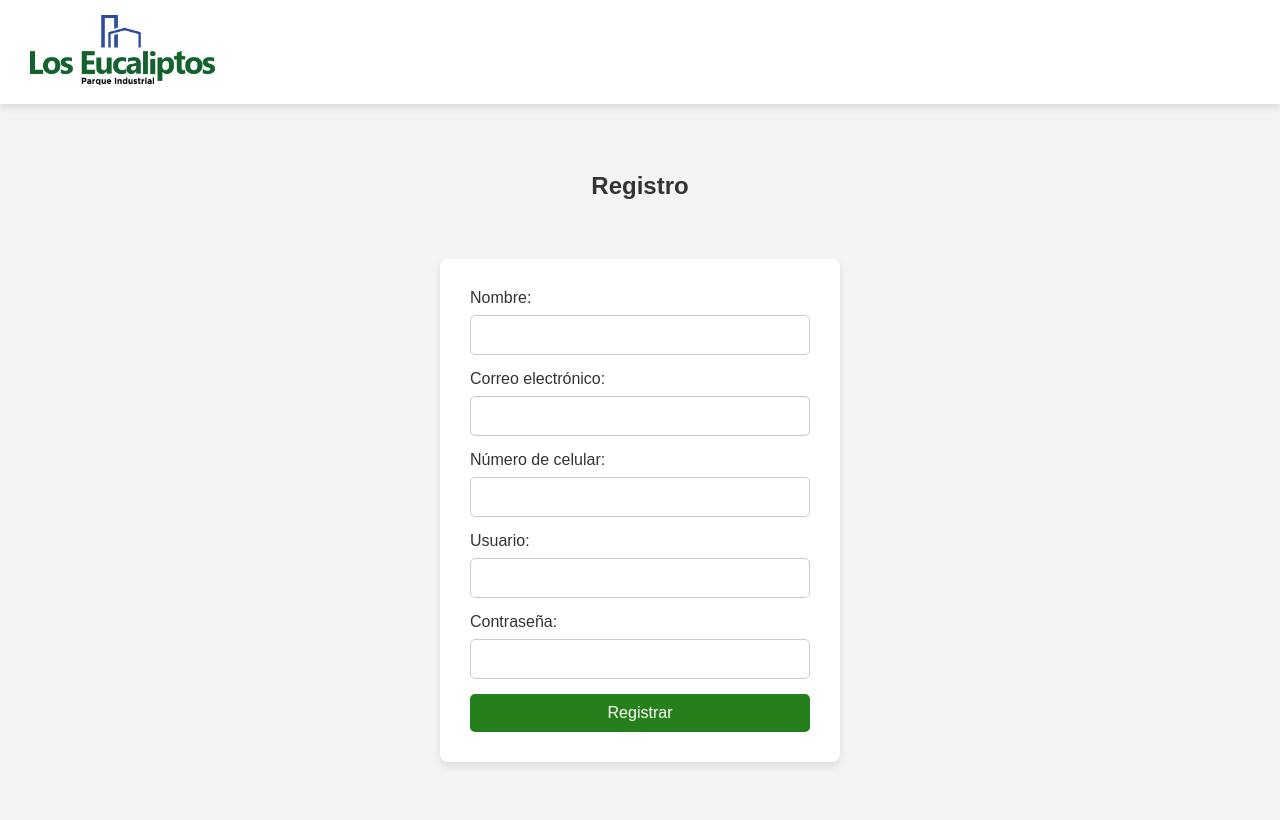
Repository: Los-Eucaliptos-WebApp/Los-Eucaliptos-FrontEnd
Page: pages/los-eucaliptos-register/index.html
An editor plug-in stored every save of this project. The page is shown before and after the next save, followed by the edit.
The browser window is 1280 px wide. The pictures show the whole page.

Above is the page before, as saved 2025-02-17 06:05:19.

### pages/los-eucaliptos-register/index.html
<!DOCTYPE html>
<html lang="es">
<head>
    <meta charset="UTF-8">
    <meta name="viewport" content="width=device-width, initial-scale=1.0">
    <title>Los Eucaliptos</title>
    <link rel="icon" href="/assets/ícono-los-eucaliptos.png" type="image/png">
    <link rel="stylesheet" href="styles.css">
    <script src="script.js" defer></script> <!-- Se recomienda 'defer' para evitar bloqueos -->

</head>
<body>
    <header>
        <div class="logo">
            <img src="/assets/logo-los-eucaliptos.png" alt="Los Eucaliptos Logo">
        </div>
    </header>
    <br><br><br><br>
    <center><h2>Registro</h2></center>
  <div class="container-register">
    <div class="register-box">

    </div>
    <form id="registroForm">
        <label for="nombre">Nombre:</label>
        <input type="text" id="nombre" required>

        <label for="correo">Correo electrónico:</label>
        <input type="email" id="correo" required>

        <label for="celular">Número de celular:</label>
        <input type="text" id="celular" required>

        <label for="username">Usuario:</label>
        <input type="text" id="username" required>

        <label for="password">Contraseña:</label>
        <input type="password" id="password" required>

        <button type="submit">Registrar</button>
    </form>
</div>

</body>
</html>

### pages/los-eucaliptos-register/styles.css
* {
    margin: 0;
    padding: 0;
    box-sizing: border-box;
}

body {
    font-family: Arial, sans-serif;
    background-color: #f4f4f4;
    color: #333;
    margin-top: 100px;
}

header {
    display: flex;
    justify-content: space-between;
    justify-content: space-between;
    align-items: center;
    background: #ffffff;
    color: rgb(0, 0, 0);
    padding: 15px 30px;
    position: fixed;
    width: 100%;
    top: 0;
    z-index: 10;
    box-shadow: 0 4px 8px rgba(0, 0, 0, 0.1);
}

/* LOGO */
.logo img {
    height: 70px;
    margin-right: 10px;
}

.container-register {
    display: flex;
    justify-content: center;
    align-items: center;
    height: calc(100vh - 100px);
    padding: 20px;
}

form {
    background-color: #ffffff;
    padding: 30px;
    border-radius: 8px;
    box-shadow: 0 4px 8px rgba(0, 0, 0, 0.1);
    width: 100%;
    max-width: 400px;
}

form label {
    display: block;
    font-size: 16px;
    margin-bottom: 8px;
    color: #333;
}

form input {
    width: 100%;
    padding: 10px;
    margin-bottom: 15px;
    border-radius: 5px;
    border: 1px solid #ccc;
    font-size: 16px;
}

form button {
    width: 100%;
    padding: 10px;
    background-color: #25801b;
    color: white;
    border: none;
    border-radius: 5px;
    font-size: 16px;
    cursor: pointer;
    transition: background-color 0.3s;
}

form button:hover {
    background-color: #2980b9;
}

### pages/los-eucaliptos-register/script.js
document.getElementById("registroForm").addEventListener("submit", function(event) {
    event.preventDefault();

    const nombre = document.getElementById("nombre").value;
    const correo = document.getElementById("correo").value;
    const celular = document.getElementById("celular").value;
    const username = document.getElementById("username").value;
    const password = document.getElementById("password").value;

    let usuarios = JSON.parse(localStorage.getItem("usuarios")) || [];

    if (usuarios.some(user => user.username === username)) {
        alert("El usuario ya existe.");
        return;
    }

    usuarios.push({
        nombre: nombre,
        correo: correo,
        celular: celular,
        username: username,
        password: password
    });

    localStorage.setItem("usuarios", JSON.stringify(usuarios));

    alert("¡Usuario registrado exitosamente!");
    document.getElementById("registroForm").reset();
});

After the next save:
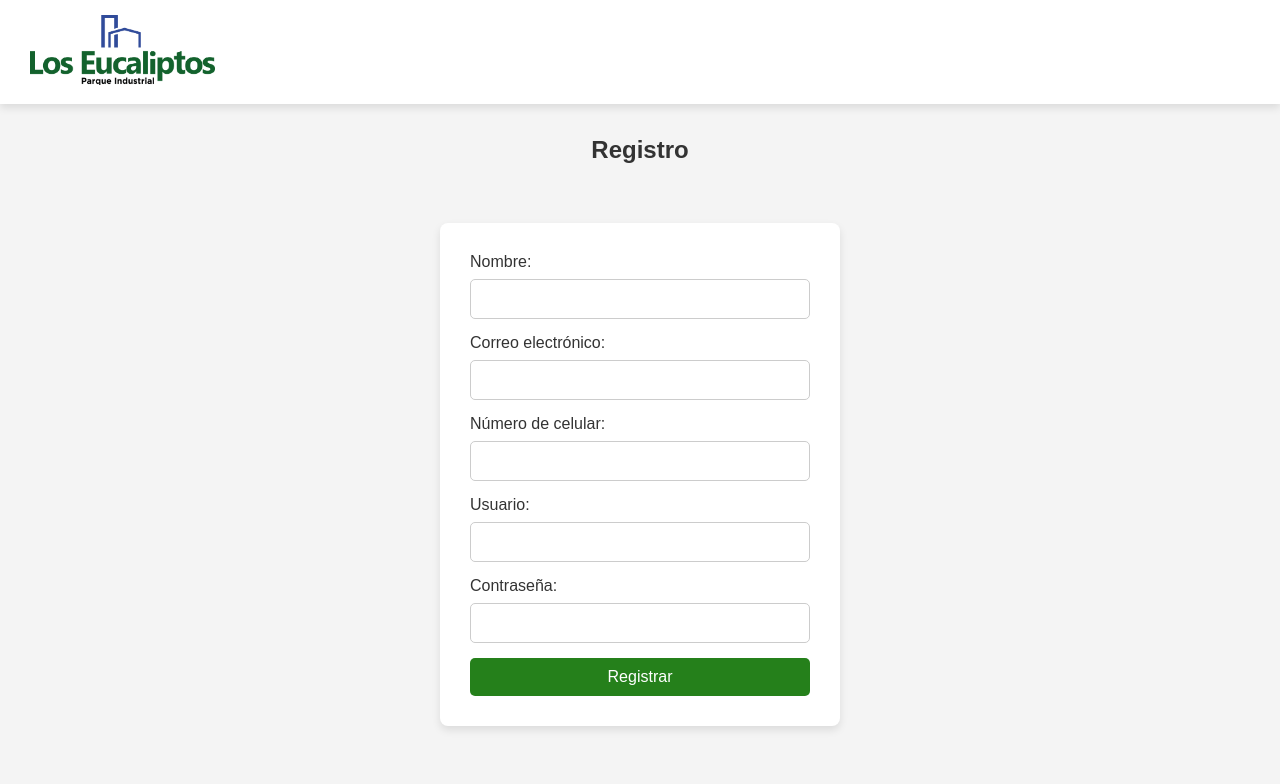
Saved 7 s later.
--- a/pages/los-eucaliptos-register/index.html
+++ b/pages/los-eucaliptos-register/index.html
@@ -15,7 +15,7 @@
             <img src="/assets/logo-los-eucaliptos.png" alt="Los Eucaliptos Logo">
         </div>
     </header>
-    <br><br><br><br>
+    <br><br<br><br>
     <center><h2>Registro</h2></center>
   <div class="container-register">
     <div class="register-box">
